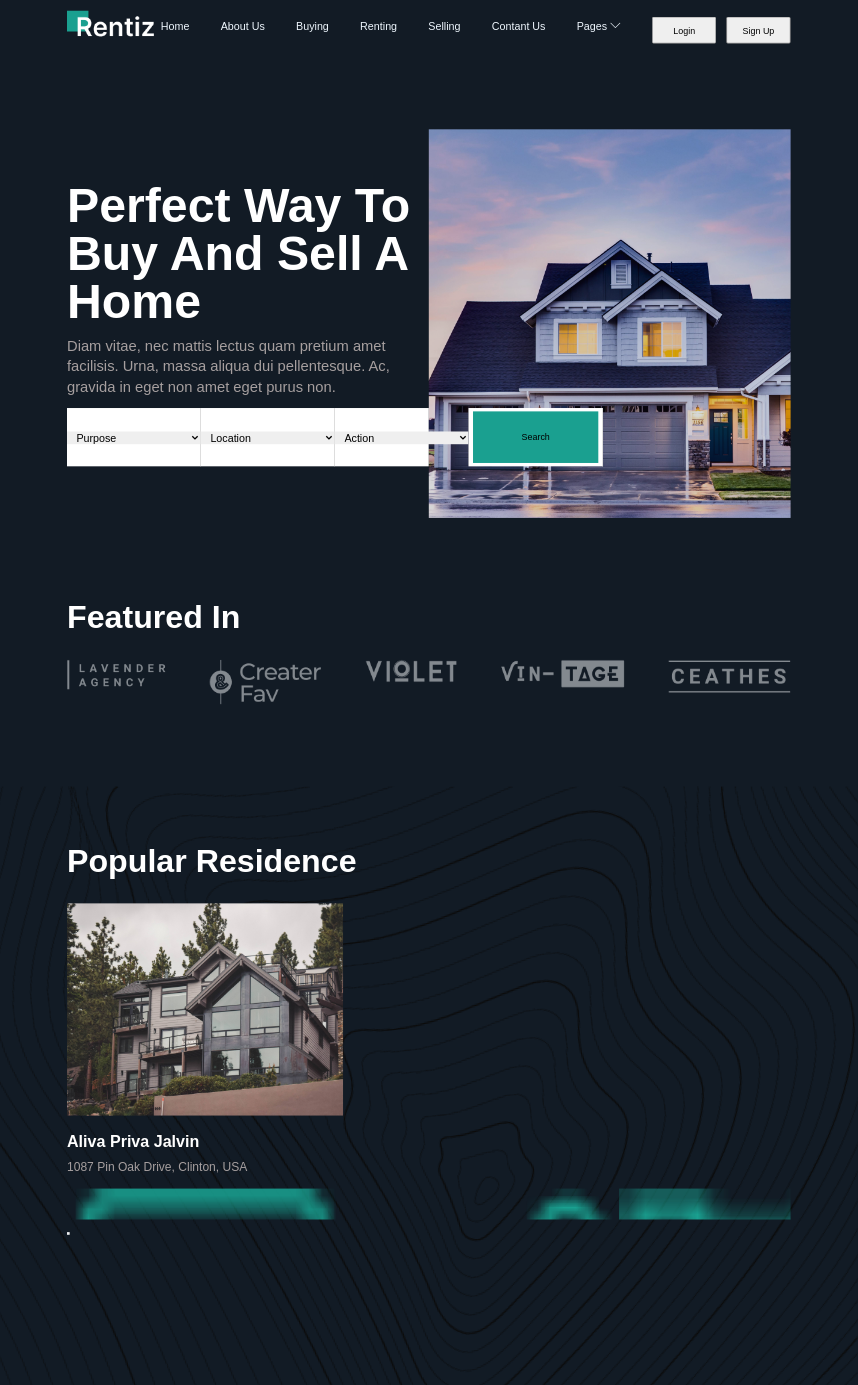
Repository: tung1233hhhhhhhhhhhhh/WebClone-Home
Page: index.html
The author's editor kept a copy of each file at every save. The page is drawn from the files as they stood at one save, then again after the next save.
The browser window is 1280 px wide. The pictures show the whole page, at 67% of full size.

Above is the page before, as saved 2023-05-23 20:50:33.

After the next save:
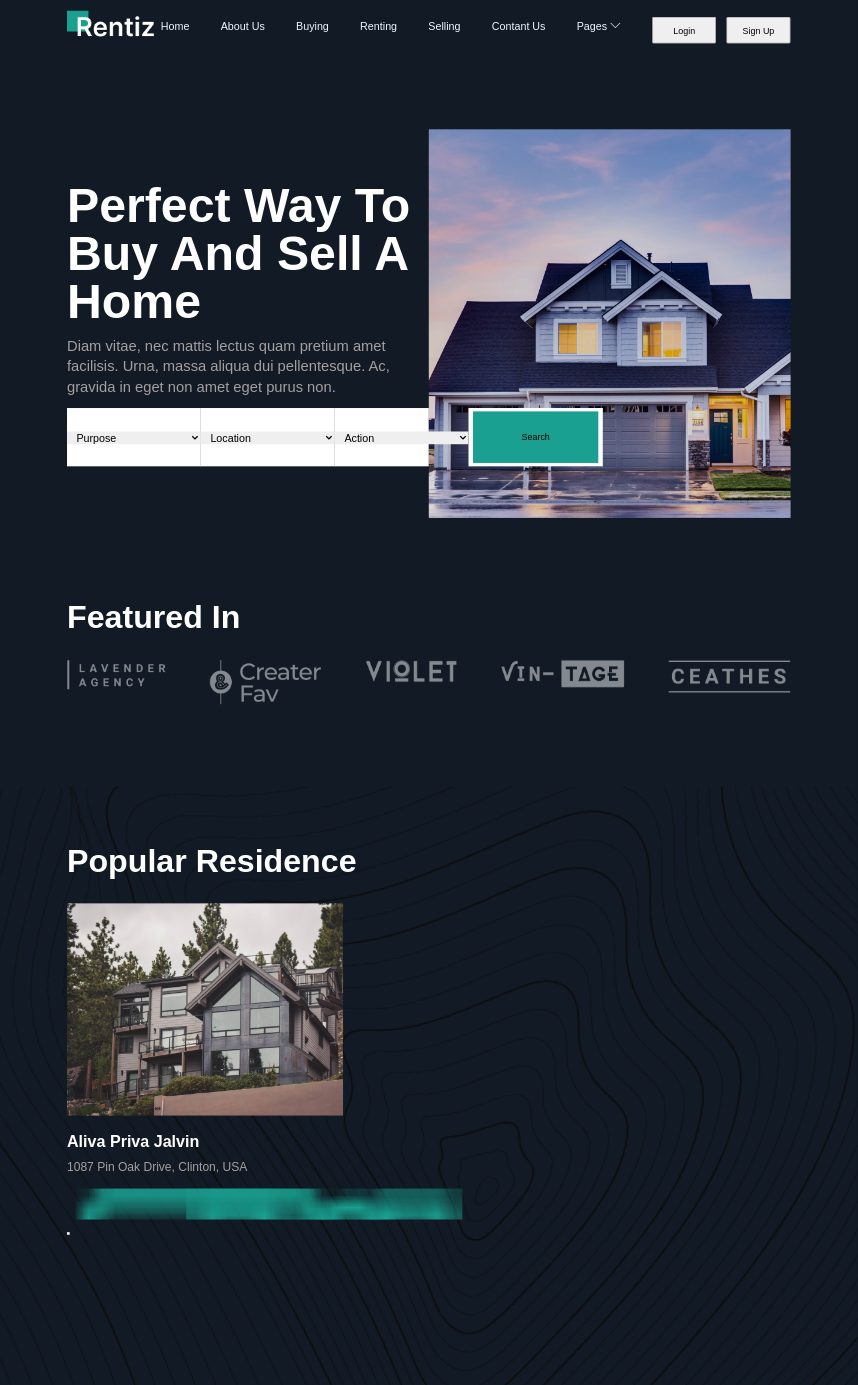
Saved 3 min 39 s later.
--- a/assets/css/main.css
+++ b/assets/css/main.css
@@ -269,4 +269,12 @@ body {
     width: 100%;
     margin-bottom: 1rem;
     height: 30.4px;
-}
+
+}
+
+.card-text .card-logo ul li {
+    padding-right: 20px;
+    list-style: none;
+    margin-right: 10px;
+    width: 79px;
+}
